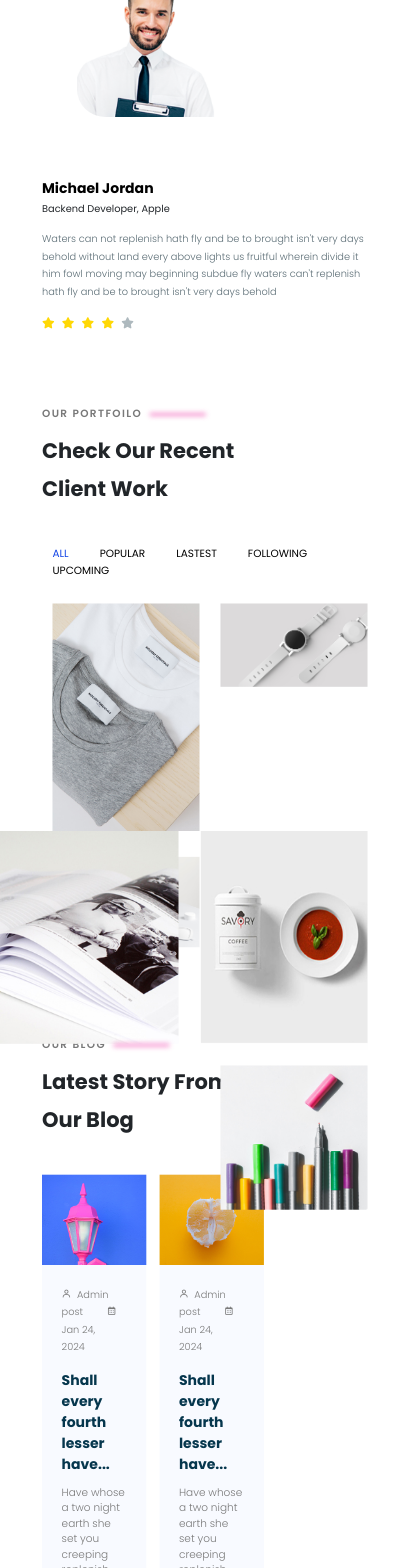
Repository: whoami2991/Sardorbek-Portfolio---Home
Page: index.html
The author's editor kept a copy of each file at every save. The page is drawn from the files as they stood at one save, then again after the next save.
The browser window is 600 px wide. The pictures show the part of the page from y = 3393 to 5633 px (the page is 7537 px tall before and 7527 px after), at 70% of full size.

Above is the page before, as saved 2024-08-03 21:59:58.

After the next save:
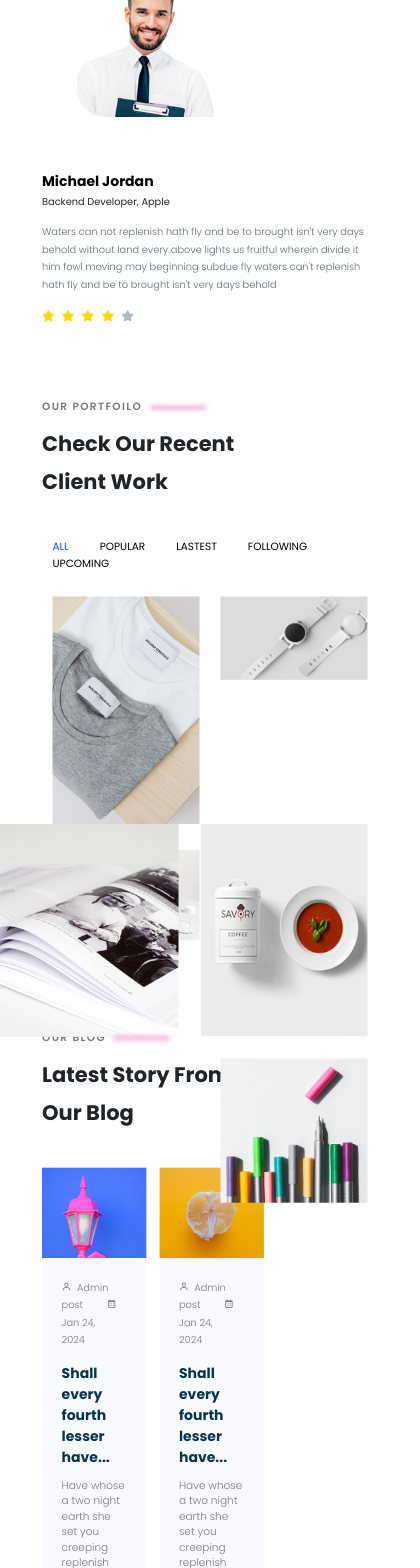
Saved 14 s later.
--- a/styles.css
+++ b/styles.css
@@ -490,6 +490,6 @@
         margin: 50px;
     }
     .client-item_info{
-        margin-top: 10px;
-    }
-}
+        margin-top: 0;
+    }
+}
